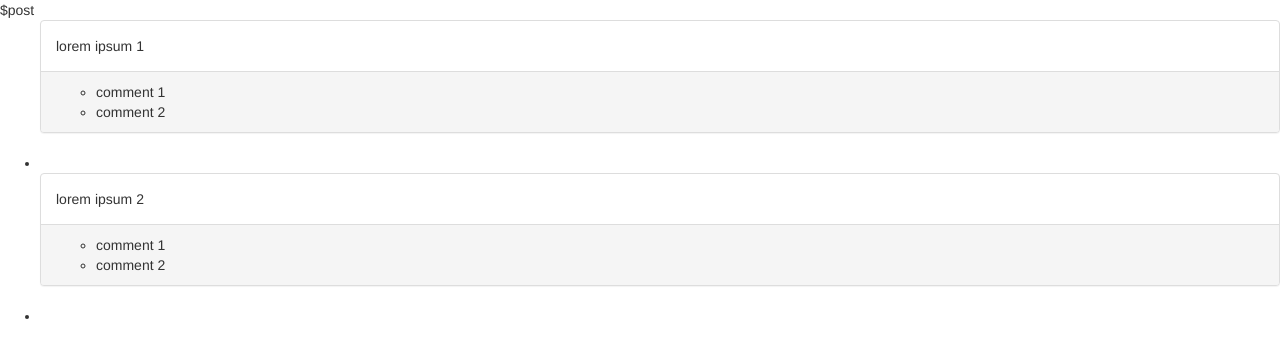
Repository: mhkafayi79/mohammad
Page: http://localhost/cfcfgcfgcfgcfg
An editor plug-in stored every save of this project. The page is shown before and after the next save, followed by the edit.
The browser window is 1280 px wide. The pictures show the whole page.
The page is served by the project's Laravel application, run on PHP 8.4 with Laravel 8.

Above is the page before, as saved 2020-10-11 16:03:44.

After the next save:
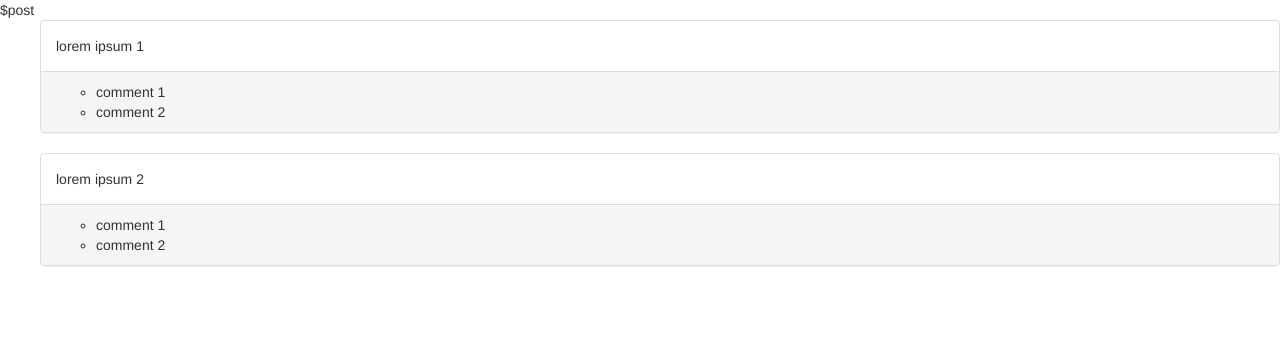
Saved 7 s later.
--- a/resources/views/welcome.blade.php
+++ b/resources/views/welcome.blade.php
@@ -25,11 +25,6 @@ $post
                 </ul>
             </div>
         </div>
-
-        <li>
-
-        </li>
-
         @endforeach
     </ul>
 </body>
